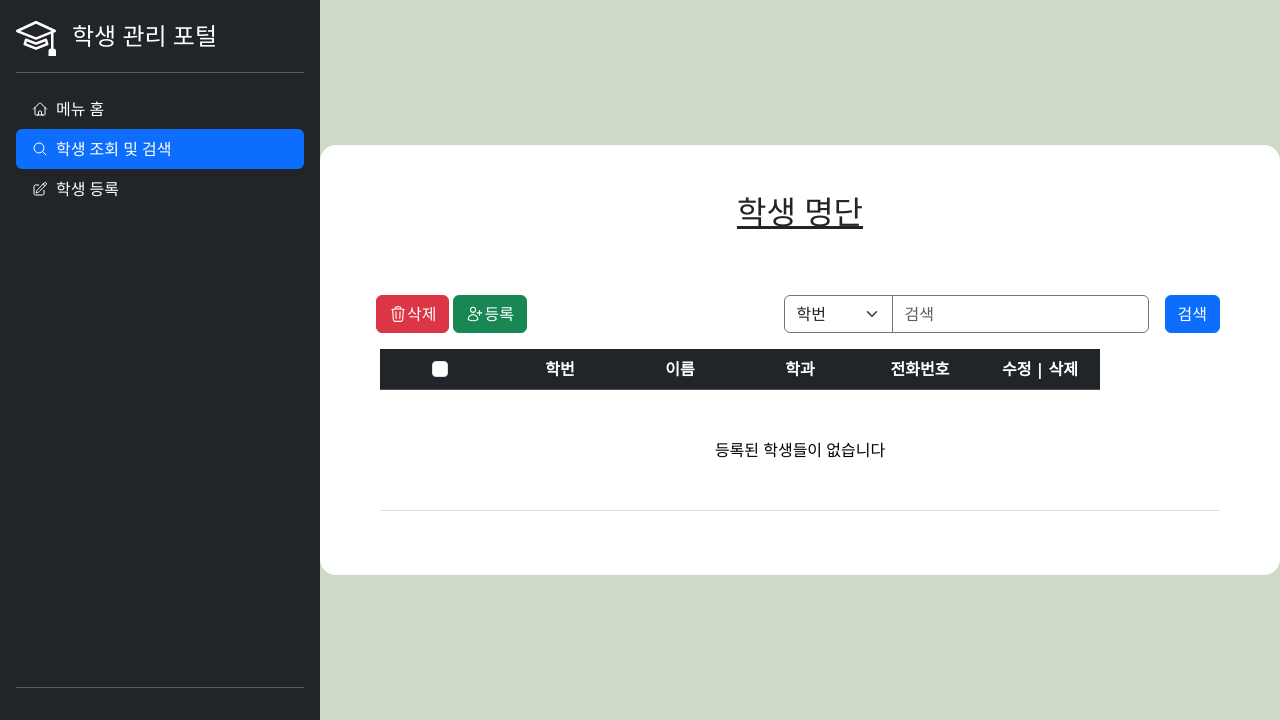
Repository: invisibleufo101/StudentManagementWeb
Page: http://localhost/HSW_Web/browseStudents.do
The author's editor kept a copy of each file at every save. The page is drawn from the files as they stood at one save, then again after the next save.
The browser window is 1280 px wide. The pictures show the whole page.
An inner scrolling area shows only its first screen. The page is served by Tomcat 9. Queries for data that is not in the repository find no rows.

Above is the page before, as saved 2024-09-25 14:54:56.

After the next save:
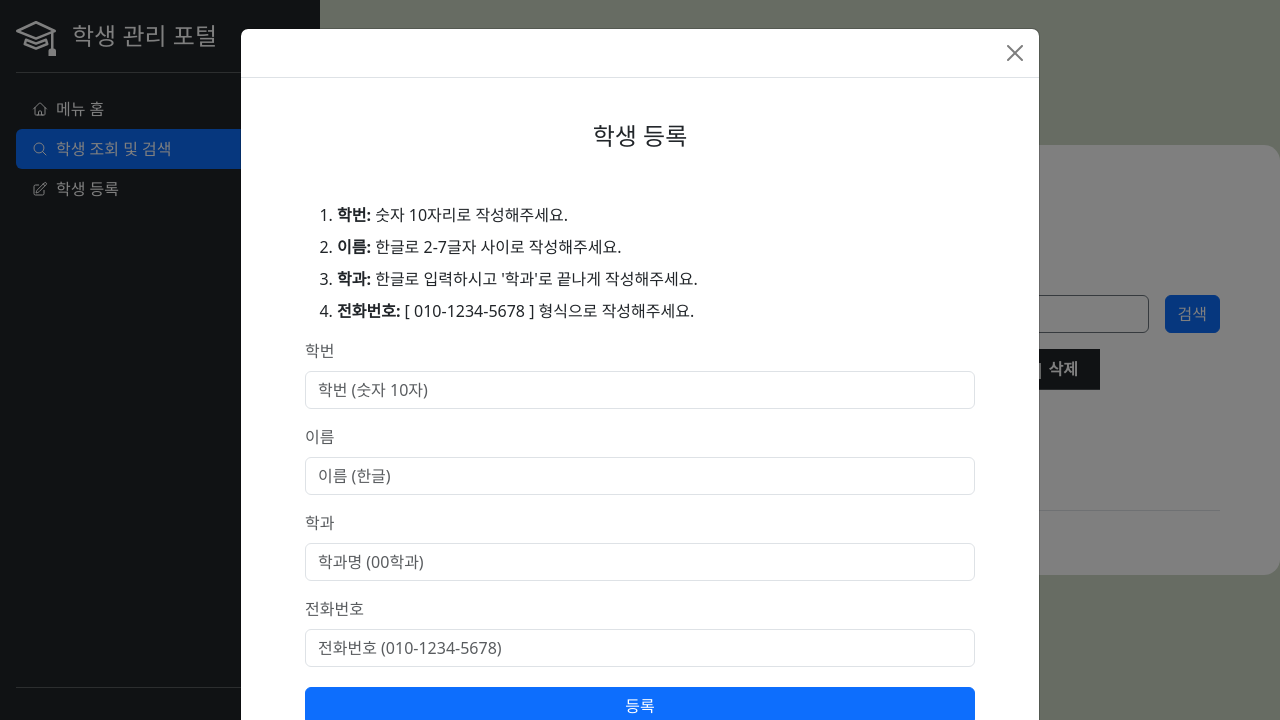
Saved 118 s later.
--- a/HSW_Web/src/main/java/com/university/controller/BrowseStudentsServlet.java
+++ b/HSW_Web/src/main/java/com/university/controller/BrowseStudentsServlet.java
@@ -384,6 +384,12 @@
 		out.println("let checkboxes = document.querySelectorAll('input[type=\"checkbox\"].row-checkbox');");
 		out.println("checkboxes.forEach(checkbox => checkbox.checked = tableHeadCheckBox.checked);");
 		out.println("}");
+
+		out.println("document.addEventListener('DOMContentLoaded', function() {");
+		out.println("const registerModal = new bootstrap.Modal(document.getElementById('registerStudentModal'));");
+		out.println("registerModal.show();");
+		out.println("});");
+
 		out.println("const registerStudentModal = document.getElementById('registerStudentModal');");
 		out.println("const studentIdInput = document.getElementById('#student_id');");
 		out.println("const studentNameInput = document.getElementById('#student_name');");

After the 2 saves that followed:
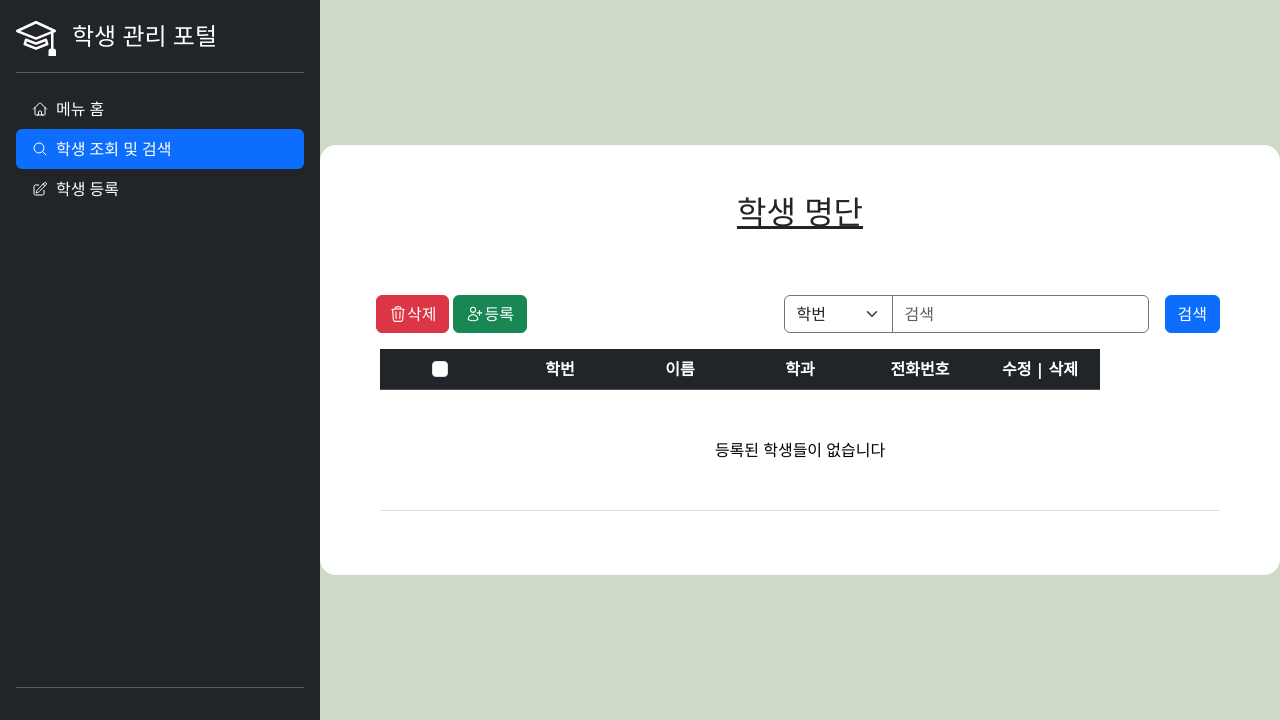
The 2 saves are shown as one change because 1 left the picture as it was.
The last was saved 43 s later.
--- a/HSW_Web/src/main/java/com/university/controller/BrowseStudentsServlet.java
+++ b/HSW_Web/src/main/java/com/university/controller/BrowseStudentsServlet.java
@@ -387,14 +387,18 @@
 
 		out.println("document.addEventListener('DOMContentLoaded', function() {");
 		out.println("const registerModal = new bootstrap.Modal(document.getElementById('registerStudentModal'));");
-		out.println("registerModal.show();");
+
+		if (!isValidRegistration) {
+			out.println("registerModal.show();");
+		}
 		out.println("});");
 
-		out.println("const registerStudentModal = document.getElementById('registerStudentModal');");
-		out.println("const studentIdInput = document.getElementById('#student_id');");
-		out.println("const studentNameInput = document.getElementById('#student_name');");
-		out.println("const studentMajorInput = document.getElementById('#student_major');");
-		out.println("const studentPhoneNumberInput = document.getElementById('#student_phone_number');");
+//		out.println("const registerStudentModal = document.getElementById('registerStudentModal');");
+//		out.println("const studentIdInput = document.getElementById('#student_id');");
+//		out.println("const studentNameInput = document.getElementById('#student_name');");
+//		out.println("const studentMajorInput = document.getElementById('#student_major');");
+//		out.println("const studentPhoneNumberInput = document.getElementById('#student_phone_number');");
+
 		out.println("</script>");
 
 		out.println("</body>");
